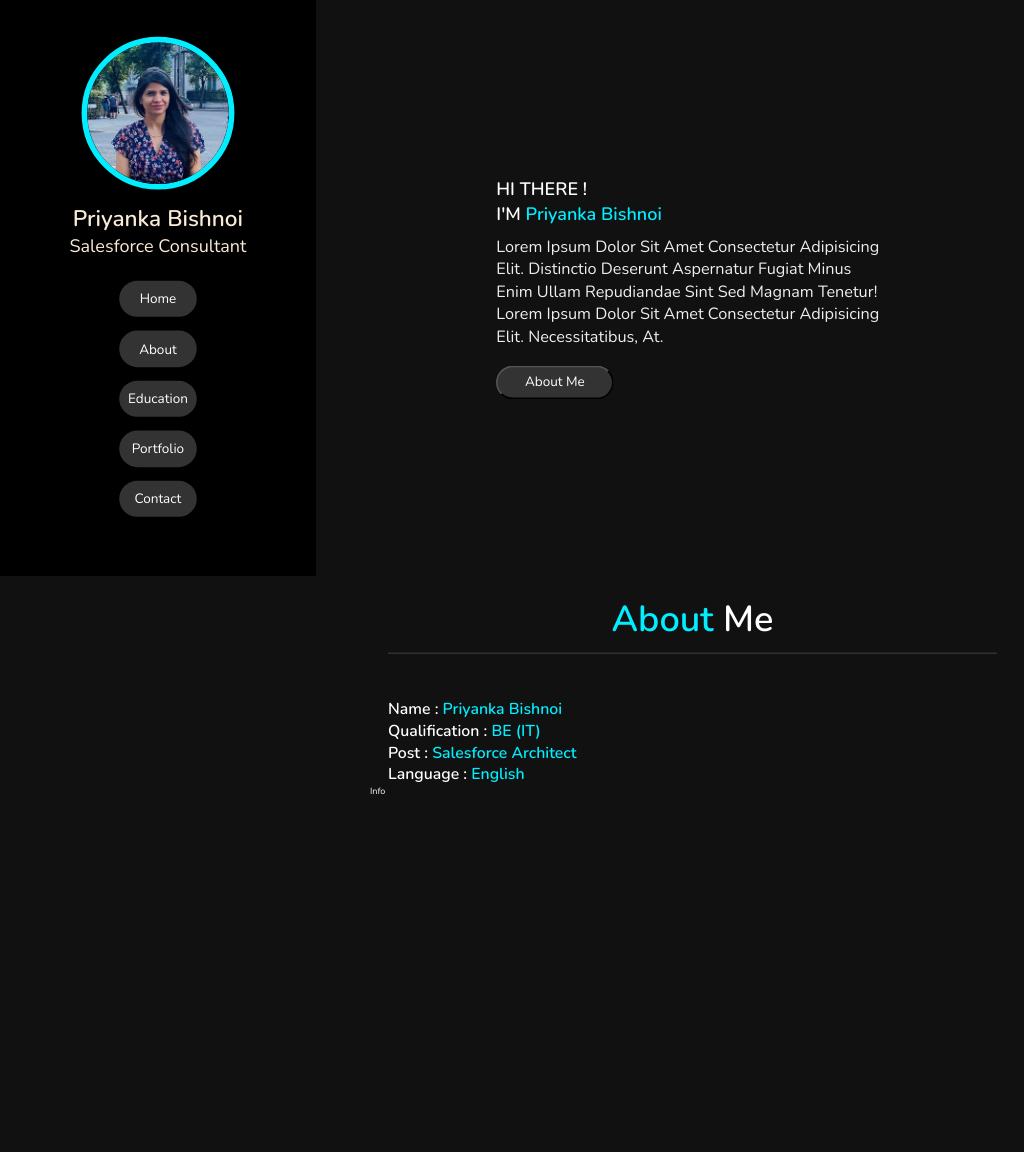
Repository: priyanka-bishnoi/PortfolioPage
Page: MyPage.html
The author's editor kept a copy of each file at every save. The page is drawn from the files as they stood at one save, then again after the next save.
The browser window is 1280 px wide. The pictures show the whole page, at 80% of full size.

Above is the page before, as saved 2022-10-08 17:34:29.

### MyPage.html
<!DOCTYPE html>
<html>
<head>
    <link rel="stylesheet" href="css/style.css">

</head>
<body>
<header>
    <div class= "user">
        <img src="Background1.jpg"/>
        <h1 class="name" >Priyanka Bishnoi</h1>
        <p class="post" >Salesforce Consultant</p>
    </div>

    <nav class="navBar">
        <ul>
            <li> <a href="#home">Home</a></li>
            <li> <a href="#about">About</a></li>
            <li> <a href="#education">Education</a></li>
            <li> <a href="#portfolio">Portfolio</a></li>
            <li> <a href="#contact">Contact</a></li>

        </ul>


    </nav>


</header>

<!-- Home-->

<section class="home" id="home">

    <h3>HI THERE !</h3>
    <h1>I'M <span>Priyanka Bishnoi</span></h1>
    <p>Lorem ipsum dolor sit amet consectetur adipisicing elit. Distinctio deserunt aspernatur fugiat minus enim ullam repudiandae sint sed magnam tenetur! Lorem ipsum dolor sit amet consectetur adipisicing elit. Necessitatibus, at.
    </p>
    <a href="#about"><button class="btn">about me </button></a>


</section>

<section class="about" id="about">
<h1 class="heading"> <span>About </span>Me</h1>

<div class="row">
    <div class="info">
        <h3>  name : <span> priyanka bishnoi </span></h3>
        <h3> qualification :  <span> BE (IT) </span> </h3>
        <h3>  post : <span>Salesforce Architect </span>  </h3>
        <h3> language :<span> English  </span>  </h3>
    </div>
</div>
 <p> Info </p>


</section>

</body>
</html>

### css/style.css
@import url('https://fonts.googleapis.com/css2?family=Nunito:wght@200;300;400;600&display=swap');
:root{
    --orange:rgb(0, 238, 255);
}
*{
    font-family: 'Nunito', sans-serif;
    margin:0;
    padding:0;
    box-sizing:border-box;
    text-decoration:none;
    text-transform:capitalize;
    transition:all .2s linear;
}
html {
    font-size:70.5%;
    overflow-x:hidden;
}
body{
    background:#111;
    overflow-x: hidden;
    padding-left: 40rem;
}

section{
    min-height: 100vh;
    padding:1rem;
}

.btn{
    padding:.7rem 3rem;
    background:#333;
    color:#fff;
    cursor: pointer;
    margin-top: 1rem;
    font-size: 1.5rem;
    border-radius: 5rem;
}

.btn:hover{
    background:var(--orange);
}

.heading{
    text-align: center;
    margin:0 2rem;
    font-size: 4rem;
    padding:1rem;
    border-bottom: .1rem solid #fff4;
    color:#fff;
}

.heading span{
    color:var(--orange);
}

header {
    position:fixed;
    top:0; left:0;
    z-index:1000;
    height:100%;
    width:35rem;
    background:black;
    display:flex;
    align-items: center;
    justify-content: center;
    flex-flow: column;
    text-align: center;
}

header .user img {
    height: 17rem;
    width: 17rem;
    border-radius: 50%;
    object-fit: cover;
    margin-bottom: 1rem;
    border: 0.7rem solid var(--orange);
}
header .user .name {
    font-size: 2.5rem;
    color: antiquewhite;
}
header .user .post{
    font-size: 2rem;
    color: antiquewhite;
}

header .navBar {
    font-size : 2rem;
}
header .navBar ul{
    list-style: none;
    padding:1rem 2rem;
}
header .navBar ul li a{
    display: block;
    padding:1rem;
    margin:1.5rem 0;
    background:#333;
    color:#fff;
    font-size: 1.5rem;
    border-radius: 5rem;
}

header .navBar ul li a:hover{
    background:rgb(0, 238, 255);
}


.home{
    display: flex;
    justify-content: center;
    flex-flow: column;
    padding:0 15rem;
}

.home h3{
    font-size: 2rem;
    color:#fff;
}

.home h1{
    font-size:2rem;
    color:#fff;
}

.home h1 span{
    color:var(--orange);
}

.home p{
    font-size:1.8rem;
    color:#eee;
    padding: 1rem 0;
}

.about {
 color:white;
}
.about .row .info {

    display: block;
    justify-content: center;
    padding-left: 1rem;
    padding-top: 5rem;
    padding-right: 1rem;
    margin: 0 1rem;
    font-size: 1.5rem;

}
.about h3 span{
    color:var(--orange);
}

After the next save:
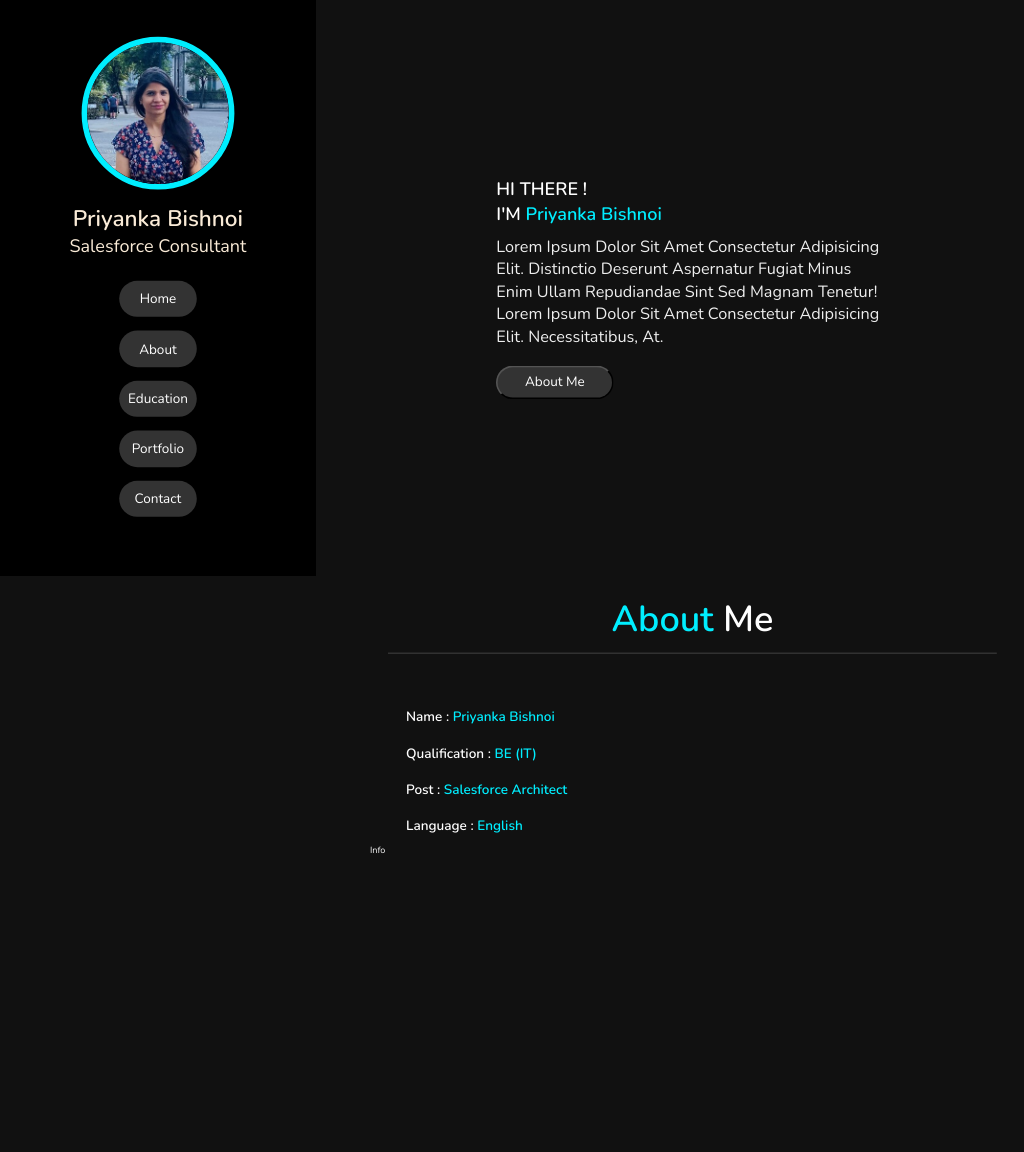
Saved 2 min 0 s later.
--- a/css/style.css
+++ b/css/style.css
@@ -150,3 +150,12 @@ header .navBar ul li a:hover{
 .about h3 span{
     color:var(--orange);
 }
+.about .row .info h3 {
+
+    display: block;
+    justify-content: center;
+    padding: 1rem;
+    margin: 0 1rem;
+    font-size: 1.5rem;
+
+}
